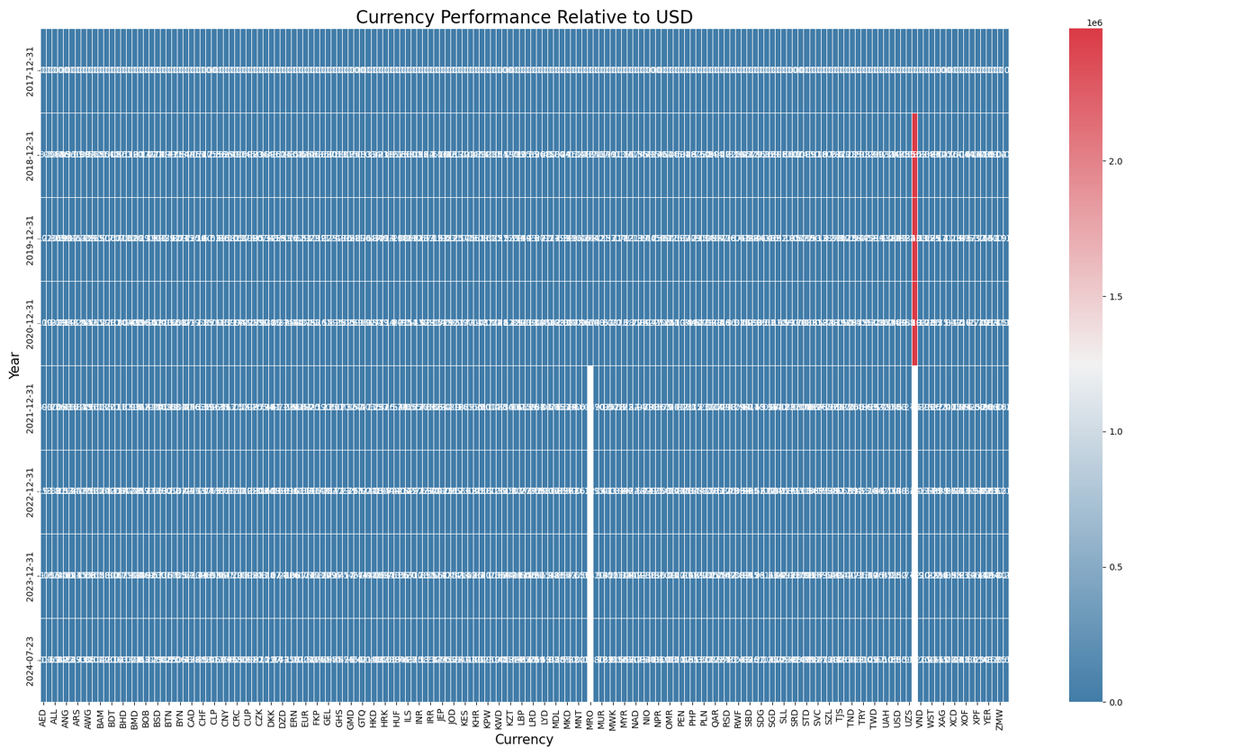
Repository: Lukeshirley/Global_Currencies_vs_USD
Script's output: python visualize_data.py
These files come from the project's save history. The script's output is drawn as it stood at one moment and after the next save; the edit follows.
The pictures are shown at 90% of full size.
Figures wider than 1,400 px are first shrunk to that width. Random numbers start from a fixed seed.

Above is the script's output before, as saved 2024-07-23 06:30:03.

### visualize_data.py
# visualize_data.py
import pandas as pd
import seaborn as sns
import matplotlib.pyplot as plt

def visualize_performance():
    df = pd.read_csv('currency_performance.csv', index_col=0)
    plt.figure(figsize=(20, 12))
    cmap = sns.diverging_palette(240, 10, n=9, as_cmap=True)
    sns.heatmap(df, annot=True, cmap=cmap, fmt=".2f", linewidths=.5, cbar=True, annot_kws={"size": 10})
    plt.title('Currency Performance Relative to USD', fontsize=20)
    plt.xlabel('Currency', fontsize=15)
    plt.ylabel('Year', fontsize=15)
    plt.xticks(rotation=90, fontsize=10)
    plt.yticks(fontsize=10)
    plt.tight_layout()
    plt.savefig('currency_performance_matrix.png', dpi=300)
    plt.show()

def main():
    visualize_performance()

if __name__ == "__main__":
    main()

### currency_performance.csv
,AED,AFN,ALL,AMD,ANG,AOA,ARS,AUD,AWG,AZN,BAM,BBD,BDT,BGN,BHD,BIF,BMD,BND,BOB,BRL,BSD,BTC,BTN,BWP,BYN,BZD,CAD,CDF,CHF,CLF,CLP,CNH,CNY,COP,CRC,CUC,CUP,CVE,CZK,DJF,DKK,DOP,DZD,EGP,ERN,ETB,EUR,FJD,FKP,GBP,GEL,GGP,GHS,GIP,GMD,GNF,GTQ,GYD,HKD,HNL,HRK,HTG,HUF,IDR,ILS,IMP,INR,IQD,IRR,ISK,JEP,JMD,JOD,JPY,KES,KGS,KHR,KMF,KPW,KRW,KWD,KYD,KZT,LAK,LBP,LKR,LRD,LSL,LYD,MAD,MDL,MGA,MKD,MMK,MNT,MOP,MRO,MRU,MUR,MVR,MWK,MXN,MYR,MZN,NAD,NGN,NIO,NOK,NPR,NZD,OMR,PAB,PEN,PGK,PHP,PKR,PLN,PYG,QAR,RON,RSD,RUB,RWF,SAR,SBD,SCR,SDG,SEK,SGD,SHP,SLL,SOS,SRD,SSP,STD,STN,SVC,SYP,SZL,THB,TJS,TMT,TND,TOP,TRY,TTD,TWD,TZS,UAH,UGX,USD,UYU,UZS,VEF,VND,VUV,WST,XAF,XAG,XAU,XCD,XDR,XOF,XPD,XPF,XPT,YER,ZAR,ZMW,ZWL
2017-12-31,0.0,0.0,0.0,0.0,0.0,0.0,0.0,0.0,0.0,0.0,0.0,0.0,0.0,0.0,0.0,0.0,0.0,0.0,0.0,0.0,0.0,0.0,0.0,0.0,0.0,0.0,0.0,0.0,0.0,0.0,0.0,0.0,0.0,0.0,0.0,0.0,0.0,0.0,0.0,0.0,0.0,0.0,0.0,0.0,0.0,0.0,0.0,0.0,0.0,0.0,0.0,0.0,0.0,0.0,0.0,0.0,0.0,0.0,0.0,0.0,0.0,0.0,0.0,0.0,0.0,0.0,0.0,0.0,0.0,0.0,0.0,0.0,0.0,0.0,0.0,0.0,0.0,0.0,0.0,0.0,0.0,0.0,0.0,0.0,0.0,0.0,0.0,0.0,0.0,0.0,0.0,0.0,0.0,0.0,0.0,0.0,0.0,0.0,0.0,0.0,0.0,0.0,0.0,0.0,0.0,0.0,0.0,0.0,0.0,0.0,0.0,0.0,0.0,0.0,0.0,0.0,0.0,0.0,0.0,0.0,0.0,0.0,0.0,0.0,0.0,0.0,0.0,0.0,0.0,0.0,0.0,0.0,0.0,0.0,0.0,0.0,0.0,0.0,0.0,0.0,0.0,0.0,0.0,0.0,0.0,0.0,0.0,0.0,0.0,0.0,0.0,0.0,0.0,0.0,0.0,0.0,0.0,0.0,0.0,0.0,0.0,0.0,0.0,0.0,0.0,0.0,0.0,0.0,0.0,0.0
2018-12-31,-0.002395948451172636,8.543601639049303,-2.5887073057748733,0.4572873837481062,-0.3727001489005288,85.99354521812765,96.38195677143158,10.922770576292361,0.5586604662803696,0.14705882352941124,4.86452612377275,0.0,1.177451246527883,4.856424750734201,0.033437183209228394,2.318020619567207,0.0,18.14273675750404,-0.1707893219055956,17.21268530404645,0.0,274.36967075679644,9.469350574560242,9.150144183250287,9.641045049493924,0.47557147049488435,8.446682418315167,2.6383277742946687,1.1717173791396807,5.049891540130136,12.86205100229536,5.5223080204968245,5.385480423774891,8.397407610626484,6.964908425179628,0.0,0.9803921568627416,4.72966377440347,5.363113647521733,-0.30520244161952315,4.963767076318848,4.621742728162959,3.0427910935804325,0.5964606251582794,-1.5783880545639062,3.320594254805931,4.441670667306763,5.058298551785656,6.079752403992367,6.079752403992367,3.2991752254658557,6.079752403992367,7.178128448466126,6.079752403992367,3.745082612116435,1.4810503890802407,5.334414257296238,1.3313510298690323,0.2204138297488445,3.307808020250058,4.382376812530531,21.213058286821852,8.15770664709179,6.303550950770664,7.597519271343511,6.079752403992367,8.955565161282241,0.2398280388864027,18.151481669833448,12.461160219914724,6.079752403992367,2.4565931106555805,-0.128217037243461,-2.699236939545946,-1.2211994492638878,-1.077247466021669,-0.7252639504426672,4.921607148216478,0.0,4.351153532570495,0.6435049125297798,0.18625845222832726,15.714478232475138,2.8656727198309806,-0.07196942180039967,19.38871968888214,25.356736172355188,16.67645678406482,2.446503433979519,2.1762416658994033,0.06513268107444237,7.0446923120648375,4.961329208391674,14.340395023509856,1.2738248726348544,0.4154406046844139,0.6358678720964184,3.5612535612535634,2.2415542364764063,0.38790926199838704,7.110551721369829,-0.14540609092555945,1.750627862313503,3.4683637730356986,16.352189205579126,1.4696595459639417,5.395238870068586,5.266110148817771,9.462583877683928,5.640141823725853,0.050411608182265866,0.0,4.341422361543268,5.178613390518683,4.922075894644151,26.504383611301453,7.379660725049519,6.888775472914865,0.04525288449359621,4.48127041361297,4.717422375188041,20.105210283035714,3.844234675251146,0.026664889007399495,6.118668824434681,-2.8474472255268224,579.820687570753,9.158276326919568,1.8959426065565887,6.079752403992367,9.661107825603477,-1.0817237862802753,0.0,0.0,2.8940290134782165,4.968471821329823,0.18016296262386433,0.07184178473060854,16.231668686868673,-0.8662700425832948,6.9262167388260965,-0.284560512414056,20.2923401333577,0.4982156731874632,39.31614925093179,1.226320505765699,3.0853336671970544,3.028460780117026,-1.3916272506203087,2.103710608344711,0.0,12.549849486085618,2.9308634662226662,2488503.853261415,1.8271849501303006,5.073632218365898,2.943631537922653,4.44172233050153,9.272857125687327,1.5582046772197211,0.0,2.0752484046136166,4.44172233050153,-16.06960408684546,4.441721827288969,16.849237298388985,-0.008154326778386789,16.016801583701536,19.47339816621403,0.0
2019-12-31,0.009066486752717928,12.364303221187246,-2.0321343867750197,-0.9029243958025956,-5.343082745828931,190.63212866170255,212.4188159131252,11.316336092456659,0.5588839304668802,0.14705882352941124,6.89743218327028,0.0,2.666548674219138,7.0125852751360185,0.05838238338118362,7.021211808509409,0.0,0.9915190446629696,-0.30959265006629266,21.39357883411137,0.0,93.36702712527921,11.923810958219105,7.804848225476113,6.71386012171602,0.40960430161745,3.351318187272967,5.695661630094029,-0.673029041382811,16.034707158351402,20.285380180912014,6.857975137861572,6.683723887514281,10.048304277022124,1.1260523913820153,0.0,0.9803921568627416,6.995661605206083,6.527648130501551,-0.3192025536204235,7.410783054785108,9.554664744989939,3.8296626541388212,-9.773693835635711,-1.6161943848810312,16.807430012425996,6.969875180028806,5.23278693672784,1.91711210071428,1.91711210071428,10.237179531653862,1.91711210071428,25.800044140366385,1.91711210071428,7.526881720430101,6.072172238029472,4.958933972804314,1.176904645775112,-0.3249065963922493,4.3994819415782205,7.131842794900889,49.15306015135026,14.079603608476443,2.4050076805562925,-0.6016503659742378,1.91711210071428,11.668138848691022,0.33473209498726675,18.151481669833448,17.23336988821169,1.91711210071428,6.520229108887032,-0.21308517495784995,-3.542127629397973,-1.7500159293459494,0.06457037548952549,0.5105888124589786,6.8633502504202415,0.0,8.215955841697365,0.571525239324111,0.12196924452372304,15.215752594847709,6.944400965456632,0.1352040189256387,18.27789912360318,49.50402660063242,13.716741035879831,2.968315256464882,2.2726220391212415,0.4869741365225222,13.324891578316954,6.982280617341274,9.16392348473305,11.459872175688513,-0.2441257892936144,0.6358678720964184,7.415296296296292,8.34884462037866,0.32304018940989554,1.7053172771297698,-3.7856047868343734,0.7165016989215456,4.213718024516511,13.391833434404688,1.1444597263845058,9.66027816760986,7.453584220809839,12.087469164394449,5.6716708314781705,0.04599409612506822,0.0,2.369789294069502,6.269045999853717,1.2943719478024196,40.09290748231713,9.238210051953267,15.57169482659788,0.03992255080096374,9.716030821854371,6.376062751980882,7.67311751972648,10.471067285304002,0.022771815212330182,6.976760364333345,-2.460755982625762,544.2952330572116,14.46165365376424,0.8497609229607406,1.91711210071428,-2.127873690749782,-1.0519345888386211,0.0,-0.0026100961590169725,5.387808086931289,7.534639351304118,0.1196241788926633,-0.016515854997489754,13.345309090909097,-8.700013835723851,9.901758172881747,-0.28416164906065466,12.942566974942205,0.9448826549475431,56.71579666146458,0.5941282681370064,0.8366886570405851,2.925738953373891,-15.716270770346263,0.8026744398665686,0.0,29.235528924092936,17.234168260722104,2488503.853261415,2.106621658187091,9.017447823713143,3.7131552722716066,6.9698151970270406,-5.205216998869711,-14.130675526024362,0.0,2.8727635752035408,6.9698151970270406,-45.3735632183908,6.96981454010055,-3.554310497268398,0.011531988590629538,13.186512685809637,40.927033616805694,-0.11013013227207935
2020-12-31,0.0038389628592483405,11.210052100691925,-9.090746658478388,8.205819831323492,0.6890716888147352,294.2539784900873,338.9404771849222,1.4250351397782302,0.5588839304668802,0.14705882352941124,-2.2225645759628376,0.0,2.3714183713902104,-1.797230073314371,0.04086766836683964,10.45136758259584,0.0,-0.9457854630187779,-0.5969611717473122,56.83446589584171,0.0,-52.15932941108945,14.562497834859634,10.07710492260976,32.17226842285284,0.4120456847556575,1.1697705043626883,23.576199310344826,-9.346222361402734,11.709327548806936,15.583887975148825,-0.13155553481263293,0.08656284232539946,15.170286459159744,7.942227427999504,-0.01949999999999452,0.9803921568627416,-1.7895878524945785,0.8981201979107123,-0.325690765526121,-1.7985728641725651,20.374998427478275,15.148490373992773,-11.441341473707901,-1.605739268551143,43.81001388787371,-1.7484397503600646,0.8774469346276792,-1.1478345485630093,-1.1478345485630093,26.618578587931108,-1.1478345485630093,29.624166850584864,-1.1478345485630093,8.586414896407035,10.948053866675522,6.186132381393561,1.179322254195303,-0.7741039153369322,2.4886640312027586,-0.1918021732195685,13.803021585951436,14.71400699287193,2.9455937064789994,-7.5418663247300515,-1.1478345485630093,14.418926622689154,22.9995026842063,18.151481669833448,23.718892130377856,-1.1478345485630093,14.933588166726942,-0.21308517495784995,-8.37408533092,5.766157627811785,19.129886546878595,-0.47176381805612566,-1.8663543437233754,0.0,1.7412166024721953,0.875697406741538,0.11776340850564448,26.808468155578936,11.90395935933164,0.2272891200934657,20.806196631635277,30.88245387002302,19.046754486884865,-1.3554891792667445,-4.915505969156364,0.28544540803192575,18.876300923389277,-2.092632015213569,-1.7809093992974478,17.96269214436186,-0.6691841114809249,0.6358678720964184,3.076923076923066,18.323865300355923,-0.0016298435655426324,6.266870516084366,1.1266532688292363,-0.2683803614517033,26.791134511682447,18.77905801495856,7.890760932501872,13.217435140519406,4.77473746692636,14.55811259371358,-1.2497985054966132,0.027284633294510918,0.0,11.785572550321577,10.156507503240796,-3.901983428068212,44.87613152785885,6.79144062688366,23.877402192605324,0.046791537518275916,2.461673345146731,-2.307179620455524,28.326141117938654,16.104118827453128,0.023625091660561814,3.0880757379667,50.949986793477755,688.0665392156038,0.6023352234940216,-1.163271486090911,-1.1478345485630093,31.92956051613056,-0.9136327848493608,89.78278358809331,-0.0026100961590169725,-0.33495346503734647,-0.6526570538519905,0.11896042663248618,-0.32795880168468017,18.607943434343444,-7.786720779719913,28.500443758414782,-0.28416164906065466,9.666215032065528,0.4508633191084854,95.96850931369396,0.598250128789557,-5.2843710582489045,3.8643447321913493,0.7691233452979507,0.5537417920587151,0.0,46.676441620466,29.18688097924953,2488503.853261415,2.165324916376399,3.2289183248811915,-0.5150812522816683,-1.7484277533238557,-35.842245489160085,-31.366034786007425,0.0,-1.25751052791232,-1.7484277533238557,-56.708173690932306,-1.7484278548785093,-13.270728824443678,0.03485683072317336,18.451649803552005,111.96385264297852,-0.11013044248906478
2021-12-31,0.0036211493636972847,49.26316930726544,-3.7587848083336484,-0.6250495494130259,1.1329119534470022,231.8336462285331,436.1281977654798,7.4932063095423995,0.5588839304668802,0.0,6.069502174014452,0.0,3.7079864492867154,5.714469844134085,0.034764055558800244,13.952388262413052,0.0,1.2236357147783927,-0.409059704203929,68.24011472687594,0.0,-70.19565899200816,16.62984170281272,19.831860931943467,29.402743568622604,0.45305095664851525,0.4584826441788481,25.548589341692796,-6.3915683989506755,33.95661605206073,38.60280437689501,-2.3083858862051554,-2.622164683892414,35.71220529183763,13.569091626329755,0.0,0.9803921568627416,5.748373101952264,2.788496147519748,-0.4592036736293825,5.410129872390845,18.715044497398893,21.0316288076686,-11.601367357848236,-1.614082372673875,79.62868211388057,5.5211233797407555,4.246505570772285,-0.1215004426184052,-0.1215004426184052,19.295129598065984,-0.1215004426184052,35.73162657250057,-0.1215004426184052,10.674009965906105,3.4404343943604143,5.172616290159948,1.174372396859602,-0.22828438106369253,3.3304899097564844,6.763146524746522,57.16633556844288,25.450576622172427,5.0530951081526165,-10.55357128469102,-0.1215004426184052,16.703392909720804,22.880057881422466,18.62852125857284,25.635513728203897,-0.1215004426184052,23.796314964427843,-0.1849365388999935,2.1583175762269757,9.685409739856944,22.061882342778173,0.2600932311906501,5.8953553772308265,0.0,11.415371062816892,0.3476253341913482,0.15669743335853248,30.941290165175662,34.64629015462955,0.14617310273699058,32.3577829064299,15.654477844739034,29.336586830989255,238.5043553000583,-0.7644664929831069,3.8509068822031534,21.582506398169766,6.235767935802805,31.55896006312362,18.06876342846291,-0.03756259914772242,,6.704652421652413,29.954062147866225,-0.0016298435655426324,12.279124668026743,4.167211922567637,2.833998128724091,8.2156638387888,28.96705073782091,14.678810013607247,14.925975335197506,7.434517045506461,16.627125602349825,3.7873865506058424,0.04261599866954846,0.0,23.211624728800075,9.71242893980444,2.0734929148987336,61.233013118388314,15.827090329802807,23.272707330180587,0.03992255080096374,11.936573991179046,4.934993674833943,29.79324719913152,18.93834350289567,0.10465968935404746,4.271648943063822,-1.5940023166589379,6143.170862957477,10.578004531351649,0.8385454246374602,-0.1215004426184052,47.82683061874695,-0.2694850009275829,179.00241351568783,-0.0026100961590169725,3.4626961082151686,7.290242443687522,0.15627932526147692,387.8735604161937,28.888888888888875,2.0622945779335433,28.234699298360198,0.0007407462277342347,17.045129407761728,0.47648306291987463,250.93242316215637,1.0935430234457977,-6.565687721858082,3.3027591719897,-2.934185126864808,-2.4596237414933553,0.0,55.26587202913873,33.44433139086733,,0.302134741962945,6.990597439884061,2.661680693826418,5.521128522623475,-27.39603218414387,-28.769461272881237,0.0,1.5853462283941022,5.521128522623475,-44.02830991911452,5.521127577071261,-3.9154187646002203,-0.028426289955407746,28.85989888190057,66.87505401543885,-0.11013044248906478
2022-12-31,-0.005908191067094393,25.88460556063552,-3.3075836119357827,-18.525092120729113,1.1213544898501793,203.56821065129412,824.7989975984128,14.750898016554736,0.5588839304668802,0.0,12.610143109319427,0.0,24.781364196067557,12.14459103226262,-0.0652821195989528,17.279672871023564,0.0,0.8735114094040375,-0.21084762739017604,59.645866229887986,0.0,-16.00660550453622,29.504699152478775,30.368946086672977,27.7181183604162,0.43750582319701525,7.8415711593833315,27.27272727272727,-5.074361751826317,33.405639913232086,37.992756822419224,6.365160029040773,5.681739836526445,61.70541638801572,3.3139621769191274,0.0,0.9803921568627416,12.31019522776573,6.064278073916363,-0.5992047936383416,11.996923014427075,16.38729852686165,19.60870424697756,39.096305883014935,-1.614338175394614,96.07484832980046,11.890422467594796,8.957103139515121,11.713237331315085,11.713237331315085,4.0700645928200885,11.713237331315085,84.22553520194218,11.713237331315085,29.976396538158934,-2.7160740334004507,6.932310543096154,1.2090286539371276,-0.00880477935709667,4.60094675290923,13.74393804184113,129.89778175185842,44.25406146773041,14.6164526287059,1.4702276878876708,11.713237331315085,29.62969923634473,22.92214009302569,17.43592228672437,37.01908443044353,11.713237331315085,21.959803850637073,-0.17086222087108194,16.364562700342344,19.718498478765632,23.358673116793362,1.4548388139210555,12.068193350207213,0.0,18.259348777493535,1.313877813675468,0.14924709526940028,39.297150489133294,108.77096888749782,0.7749825174600433,137.9135803056976,23.085859298748733,37.93199636333089,255.06163354843082,11.626608340126365,11.91728582395446,37.374433458713895,12.616547560234427,55.36063829284119,40.61595663566378,-0.1166070484307502,,4.985754985754975,31.00572666433987,0.030837159732000075,41.31445113316141,-0.9930475743502476,8.460136898606407,8.215667228472912,37.537901758641624,24.736694236915003,18.172471813592917,19.053188646977404,29.500298899219924,11.84645657269745,0.04131673041742889,0.0,17.482647065636158,9.556808473223178,11.4402229605316,104.92195860853224,25.76853526220613,31.358305925766693,0.03305356408367377,18.836298002218598,11.082142610101453,27.985655888307658,25.38327837251071,0.22766482234517493,6.646782633385651,-4.558663656576312,8062.499962540975,27.405928878819786,0.23560023477777747,11.713237331315085,130.88956731099947,-2.7456707329250984,326.50844730490746,-0.0026100961590169725,11.562254027495955,13.88895894933575,0.14790231397769915,387.87938577213896,37.454545454545475,6.167255453581144,15.688283938214663,-0.28416164906065466,27.146875398097126,3.4182922320495024,392.260629581898,1.127336328651296,3.3639197543162025,4.4674910620468244,31.099893728562368,2.3408055602049282,0.0,38.82481763992516,38.43924397989702,,4.134495621431888,11.582858198258993,6.4636757407425804,11.890370157119023,-29.36372311181553,-28.566217184548236,0.0,7.030523469020089,11.890370157119023,-40.68007662835249,11.890370088638115,-13.232570476607064,-0.008443555300208239,37.51891874643285,81.37351384312423,-0.11013044248906478
2023-12-31,-0.002640988633684227,1.8157697251333316,-15.447413497714468,-16.16427914301338,1.3077887205887873,400.1501698071702,4133.1587710138865,14.633765422458222,0.5588839304668802,0.0,8.582508206260098,0.0,33.000748573053016,8.667728482125604,0.1921311162180972,62.32335105463886,0.0,-0.8948787385328671,-0.023899241375990865,46.53302398870367,0.0,-67.1663616749704,30.704219467929295,36.850986865568224,67.36740059218663,0.6217555139136355,5.301995341263188,71.48538783699061,-13.651554743288962,39.071583514099785,43.36165862214851,9.423776317823673,8.453895710926052,30.20456394432902,-7.926977664894997,0.0,0.9803921568627416,8.175366594360089,5.174194009847044,-0.1003393627148963,8.872464041922324,20.229275322400063,17.156714656382643,74.25655684663649,-1.614338175394614,106.01390980191509,8.73619779164665,7.7033972240841075,6.167059729833824,6.167059729833824,3.491897567304414,6.167059729833824,164.5706907967336,6.167059729833824,41.274586939417766,-4.438251950947603,6.7897648309126035,1.4727675784257377,-0.06242690945335028,4.6881043272056555,10.258710847119534,107.05118001940157,34.16404272992448,13.573664353329695,3.7002878759451407,6.167059729833824,30.353146710769472,10.354780801241969,18.151481669833448,31.605012708895174,6.167059729833824,24.435636480565947,-0.12863926678432502,25.1627540249064,52.42524328616478,28.26148928818244,0.826259194033141,8.397346813431184,0.0,21.364185573579995,2.0403086169951568,0.33550554749770534,37.77781782428982,147.63694010437044,896.7788510297604,111.66386836025679,50.20139697374422,50.14951147260125,251.18171134556215,5.984950631926078,1.2761828668757413,41.37206955012687,8.72938175408815,55.645631827535034,42.39213278067866,0.30631123829667484,,12.52864102564104,31.45057085262315,-0.0016298435655426324,132.111970072929,-13.736942126983342,13.19988181415277,8.300392383054378,49.72050939963615,149.87611584576953,19.05430141953708,23.959666284226657,30.69932910398263,12.38898274212894,0.10861882587724914,0.0,14.293258800003095,17.45697483150195,10.887837242814836,152.71089997219644,12.805878469531272,30.742463564058475,0.10600220302141583,15.883797534004685,7.621335117280359,54.88290093415644,47.83395775553538,0.04178388107460851,8.546776217796115,-3.9138507584672966,8476.33300259987,23.26446947960079,-1.3391304997999787,6.167059729833824,174.08088206781787,-2.3290606805451475,392.69911504424783,-0.0026100961590169725,8.912060375866826,8.547796507705051,0.32589091574921625,387.87938577213896,49.492711111111106,5.851336684653097,24.42214394202251,0.0007407462277342347,24.715048956024035,2.948655824803348,675.8150074975315,1.189967778061174,3.463317026463497,12.86524588794251,35.50541324137277,4.1845585598285995,0.0,35.77039230857923,52.41984635402213,,6.904819535855156,12.223747848376053,10.507049757772503,8.736197060679029,-28.854614252915113,-36.94612728812455,0.0,6.3124749886425136,8.736197060679029,-3.3077905491698534,8.736196233127668,-6.3929192997477795,-0.03599137354360904,47.79706420639822,158.2080483930263,-0.11013044248906478
2024-07-23,0.0032127490595224018,1.6966497917983547,-16.886544078490083,-19.717187056419462,1.1060380453748353,425.92610449996533,4733.060979429884,17.851163517101366,0.6985490470369893,0.0,10.232721433990255,0.0,42.11968585526908,10.408246562142276,0.03396793214907046,63.707416421214155,0.0,0.8297271279610552,-0.21512205364232484,68.23105543471466,0.0,-79.24970585253004,31.198667354033248,38.06058753400787,65.57530747762097,0.425597852380033,9.358402455413373,77.20141931034483,-8.49957133543131,48.44685466377439,53.59207948873432,11.889678808904257,11.456170858197812,35.55448504847081,-6.301705039650852,0.0,0.9803921568627416,9.81933839479392,9.709924235236155,-0.29497899983198517,10.735210625530156,22.415771598337564,17.349542063463375,172.1224151028332,-1.614338175394614,111.2137453402529,10.497359577532395,10.294225886892661,4.74757235628418,4.74757235628418,4.9485315713885925,4.74757235628418,240.9630324431693,4.74757235628418,42.197744558090754,-4.424821566637272,5.710194293811477,1.1937713100415914,-0.08322308162670433,4.874920771135116,12.052557833402645,106.84109383597225,38.737894411497685,19.634137423261233,4.27606854233018,4.74757235628418,31.116664160824925,10.233237526894335,18.11640522948497,33.437518818344316,4.74757235628418,25.690739177619683,-0.2412338110156842,38.492999794053006,28.442923469121027,21.803731859018647,1.2025932875660006,10.248140529739992,0.0,29.93780164375346,1.4070865149233391,0.1252137465947767,42.44416982288004,166.9234865624567,5827.690947975195,98.25627603457163,55.38966819084321,47.892065009839314,254.828580658597,5.032792104016792,3.7772158112947096,38.73379974966733,10.381797066862042,55.20057826463083,40.245932518477126,0.044953186724305816,,12.773438746438748,38.81540595188093,-0.3262998765409808,139.16388822845974,-8.647637468647263,15.03422465159796,8.300392383054378,47.44920962199313,347.3573193151277,19.483189576304948,34.05713061794826,31.19253903481305,19.0452249530793,0.014811658074176393,0.0,15.476022452651005,21.94992444626349,17.12600272195981,151.71602941621023,13.016762823272753,35.560589531384366,0.22035709389107705,17.783151090063786,9.404793931332156,51.23860526351638,55.43262771924793,0.021838544097074752,8.956871521507281,-3.1966404885630073,8262.281430155615,31.231943353095115,0.602347029949124,4.74757235628418,174.08088206781787,-2.4150941314748153,293.4700992223116,-0.0026100961590169725,8.912060375866826,9.96536700301547,0.1133757524432788,387.87938577213896,47.4351111111111,11.329920521453051,20.832579742059586,0.0007407462277342347,26.11777528784074,4.8059105632412225,768.0539295390098,1.0331733892676276,10.595376378426714,20.504953240525726,47.05358206171144,1.650591377566979,0.0,39.93504355665698,55.5166859926618,,11.688958040830855,12.223747848376053,10.507049757772503,10.497316944866352,-41.73313012991713,-45.888867174776884,0.0,7.405070772350708,10.497316944866352,18.42911877394635,10.497316790792311,-2.4086293707595186,0.01155715626586229,48.25314181455971,159.6112530770649,-0.11013044248906478

After the next save:
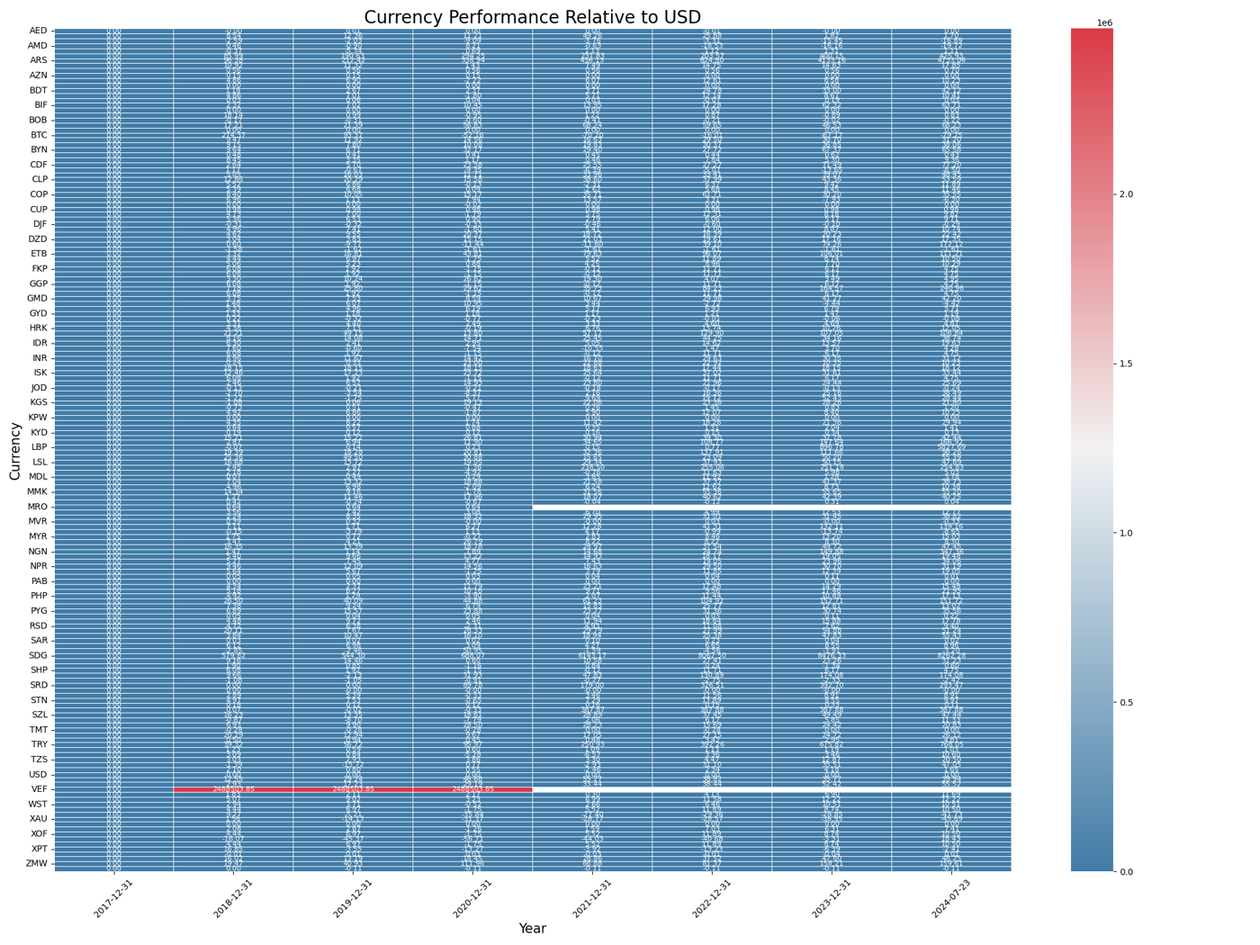
Saved 2 min 29 s later.
--- a/visualize_data.py
+++ b/visualize_data.py
@@ -4,14 +4,14 @@ import seaborn as sns
 import matplotlib.pyplot as plt
 
 def visualize_performance():
-    df = pd.read_csv('currency_performance.csv', index_col=0)
-    plt.figure(figsize=(20, 12))
+    df = pd.read_csv('currency_performance.csv', index_col=0).T  # Transpose the dataframe
+    plt.figure(figsize=(20, 15))
     cmap = sns.diverging_palette(240, 10, n=9, as_cmap=True)
-    sns.heatmap(df, annot=True, cmap=cmap, fmt=".2f", linewidths=.5, cbar=True, annot_kws={"size": 10})
+    sns.heatmap(df, annot=True, cmap=cmap, fmt=".2f", linewidths=.5, cbar=True, annot_kws={"size": 8})
     plt.title('Currency Performance Relative to USD', fontsize=20)
-    plt.xlabel('Currency', fontsize=15)
-    plt.ylabel('Year', fontsize=15)
-    plt.xticks(rotation=90, fontsize=10)
+    plt.xlabel('Year', fontsize=15)
+    plt.ylabel('Currency', fontsize=15)
+    plt.xticks(rotation=45, fontsize=10)
     plt.yticks(fontsize=10)
     plt.tight_layout()
     plt.savefig('currency_performance_matrix.png', dpi=300)
